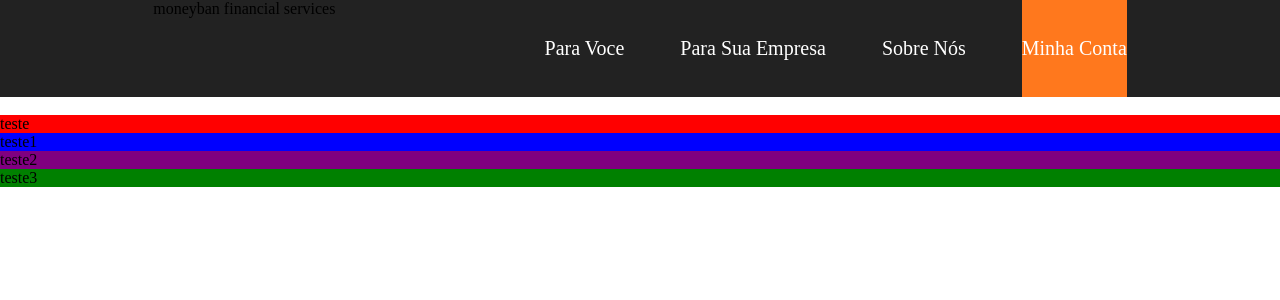
Repository: IvanCardoso91/moneyban
Page: index.html
The author's editor kept a copy of each file at every save. The page is drawn from the files as they stood at one save, then again after the next save.
The browser window is 1280 px wide. The pictures show the whole page.
Some web fonts or font styles are not loaded; a fallback is used.

Above is the page before, as saved 2020-12-12 17:16:51.

After the next save:
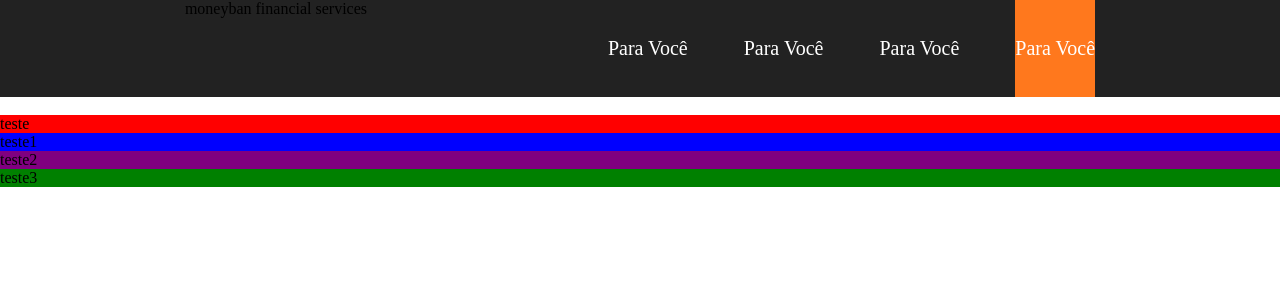
Saved 46 s later.
--- a/index.html
+++ b/index.html
@@ -12,10 +12,10 @@
             <span>financial services</span>
         </div>
         <div class="menu-options">
-            <span class="menu-options-text">Para Voce</span>
-            <span class="menu-options-text">Para Sua Empresa</span>
-            <span class="menu-options-text">Sobre Nós</span>
-            <div class="menu-options-my-account">Minha Conta</div>
+            <span class="menu-options-text"><a>Para Você</a></span>
+            <span class="menu-options-text"><a>Para Você</a></span>
+            <span class="menu-options-text"><a>Para Você</a></span>
+            <div class="menu-options-my-account"><a>Para Você</a></div>
         </div>
     </div>
 </head>
